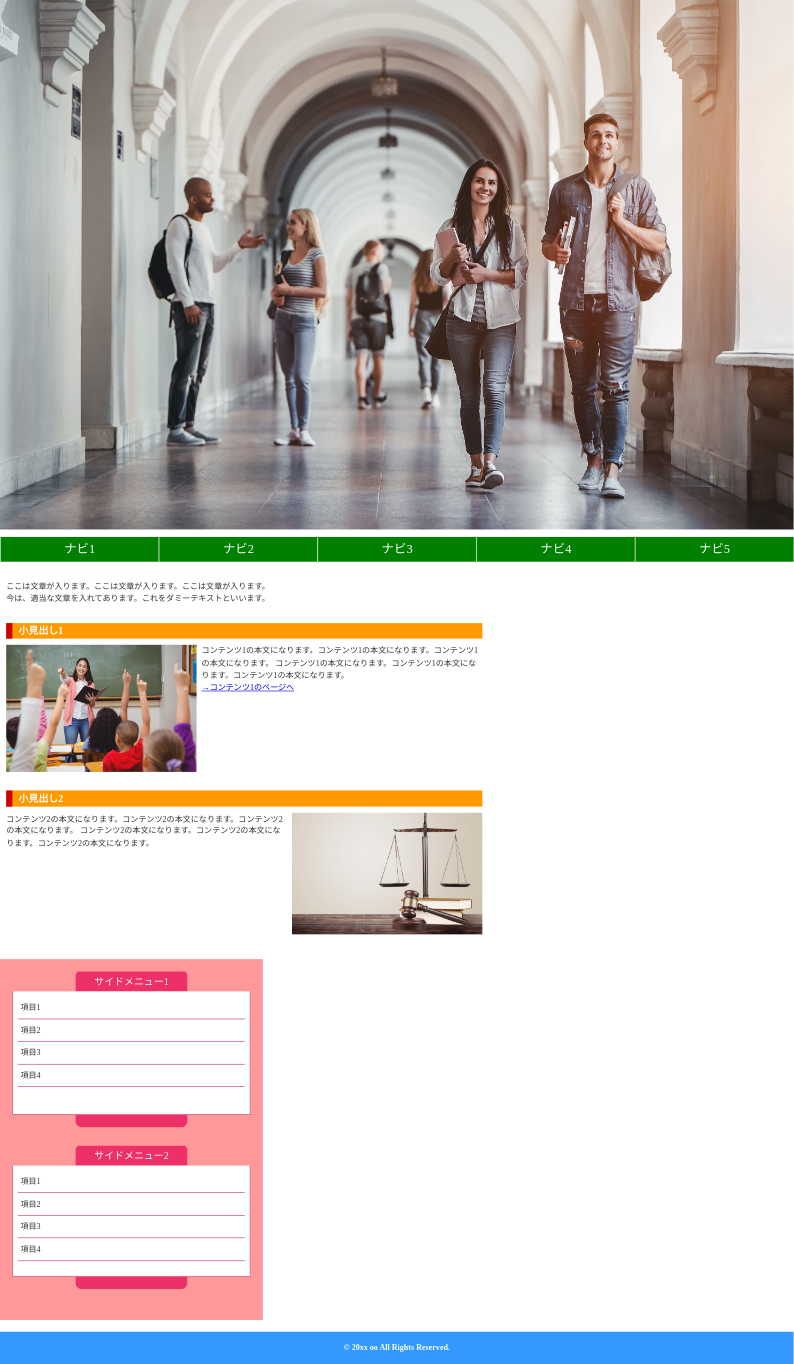
Repository: hrhrsor/samurai_HTML-CSS
Page: home.html
The author's editor kept a record of every edit. The page is drawn from the files as they stood at one moment, then again after the next edit.
The browser window is 1280 px wide. The pictures show the whole page, at 62% of full size.

Above is the page before.

### home.html
<!DOCTYPE html>
<html lang="ja">
    <head>
        <meta charset="UTF-8">
        <title>HTML/CSSの学習</title>
        <link rel="stylesheet" href="stylesheet.css">
    </head>
    <body>
         <div id="header">
             <h1><a href="index.html"><img id="corridor" src="images/corridor.jpg" alt="大学の廊下" /></a></h1>
         </div>
         <div id="wrapper">
            <div id="nav">
                <ul>
                    <li><a href="home.html">ナビ1</a></li>
                    <li><a href="#">ナビ2</a></li>
                    <li><a href="#">ナビ3</a></li>
                    <li><a href="#">ナビ4</a></li>
                    <li><a href="#">ナビ5</a></li>
                </ul>
            </div>
            <div id="container">
                 <div id="main">
                     <div class="post">
                         <p>ここは文章が入ります。ここは文章が入ります。ここは文章が入ります。<br />今は、適当な文章を入れてあります。これをダミーテキストといいます。</p>
                     </div>
                     <div class="post clearfix">
                         <h2>小見出し1</h2>
                         <img class="left" src="images/classroom.jpg" alt="授業風景" />
                         <p>
                             コンテンツ1の本文になります。コンテンツ1の本文になります。コンテンツ1の本文になります。
                             コンテンツ1の本文になります。コンテンツ1の本文になります。コンテンツ1の本文になります。
                         </p>
                         <p><a href="#">→コンテンツ1のページへ</a></p>
                     </div>
                     <div class="post clearfix">
                         <h2>小見出し2</h2>
                         <img class="right" src="images/scale.jpg" alt="天秤" />
                         <p>
                             コンテンツ2の本文になります。コンテンツ2の本文になります。コンテンツ2の本文になります。
                             コンテンツ2の本文になります。コンテンツ2の本文になります。コンテンツ2の本文になります。
                         </p>
                     </div>
                 </div>
                 <div id="side">
                     <div class="box">
                         <h2>サイドメニュー1</h2>
                         <div class="boxBody">
                             <ul>
                                <li>項目1</li>
                                <li>項目2</li>
                                <li>項目3</li>
                                <li>項目4</li>
                          　</ul>
                         </div>
                     </div>
                     <div class="box">
                     <h2>サイドメニュー2</h2>
                     <div class="boxBody">
                         <ul>
                             <li>項目1</li>
                             <li>項目2</li>
                             <li>項目3</li>
                             <li>項目4</li>
                         </ul>
                     </div>
                 </div>
            </div>
      　</div>
        <div id="footer">
            <p>&copy; 20xx oo All Rights Reserved.</p>
        </div>
    </body>
</html>

### stylesheet.css
@charset "utf-8";

body {
       margin: 0;
       padding: 0;
       font-family: "ヒラギノ角ゴ　pro W3","hiragino kaku gothic Pro","メイリオ",meiryo, osaka, "ＭＳ　Ｐゴシック","MS Pgothic", sans-seif;
       color: #333;
       font-size: 13px;
       line-height: 150%;

}

/*--------------------wrapper------------------*/
#wrapper {
        width: 100%;
        margin: auto;
        padding: 0px;
        border: 0px;
        background-color: #FFF;
        top: 10px;
        position: relative;
}

/*-------------------header----------------------*/
#header {
    width: 100%;
}
#header h1 {
       margin: 0;
       padding: 0;
}

#corridor {
      width: 100%;
      height: auto;
}

/*---------------------------footer----------------*/
#footer {
    clear: both;
    width: 100%;
    padding: 3px 0 3px 0;
    background: #39F;
    color: #FFF;
    font-weight: bold;
    text-align: center;
}

/*-----------------------------nav--------------------*/
#nav {
        width: 100%
}
#nav ul {
     display: flex;
        margin:0;
        padding: 0;
        list-style-type: none;
}
#nav ul li {
        width: 20%;
        text-align: center;
}

#nav ul li a {
        display: block;
        height: 20px;
        margin: 0;
        padding: 10px;
        color: #FFF;
        font-size: 20px;
        text-decoration: none;
        background-color: green;
    border-left: 1px solid white;
}
#nav ul li a:hover {
       filter: drop-shadow(10px 10px 10px black)
}

/*------------------container------------------*/
#container {
       width: 100%;
       margin: auto ;
       padding-top: 20px;
       clear: both;
     display: grid;
     grid-tempale-columns: 70 vw 30vw;
}
/*----------------------------main-----------------------*/
#main {
       float: left;
       width: 60%;
       padding: 10px 30px 10px 10px;
}
#main h2 {
       margin:0 0 10px 0;
       padding: 3px 10px 3px 10px;
       color: #FFF;
       font-size: 16px;
       border-left: solid 10px #C00;
       background-color: #f90;
}
#main p {
       margin: 0;
       padding: 0;
}
#main .post {
       margin: 0 0 30px 0;
}
#main .post img.right {
       margin: 0 0 0 8px;
}
#main .post img.left {
       margin: 0 8px 0 0;
}

.right {
       float: right;
       width: 40%;
       height: auto;
}
.left {
       float: left;
       width: 40%;
       height: auto;
}

/*----------------------------clearfix------------------*/
.clearfix {
       zoom: 1;
}
.clearfix:after{
       content: "";
       display: block;
       clear: both;
}

/*-----------------------------side---------------------*/
#side {
       float: right;
       width: 30%;
       padding: 20px;
       background-color: #F99;
}
#side .box {
       margin: 0 auto 30px auto;
       padding: 0 0 20px 0;
       background: url(images/side_box.png) bottom no-repeat;
}
#side .box h2 {
       margin: 0;
       padding: 8px;
       text-align: center;
       color: #fff;
       font-size: 16px;
       line-height: 16px;
       font-weight: normal;
       background: url(images/side_box_h2.png) center no-repeat;
}
#side .box .boxBody {
       padding: 8px;
       border-right: solid 1px #C36;
       border-bottom: solid 1px #C36;
       border-left: solid 1px #C36;
       background: #fff;
}
#side .box .boxBody ul {
       margin: 0 0 16px 0;
       padding: 0;
}
#side .box .boxBody ul li {
       padding: 8px 0 8px 4px;
       list-style: none;
       border-bottom: solid 1px #C36;
}

#side .box .boxBody ul li:hover {
            padding: 8px 0 8px 4px;
            list-style: none;
            border-bottom: solid 1px #C36;
            box-shadow: 0px 4px 4px rgba(0, 0, 0, 0.3);
}

After the next edit:
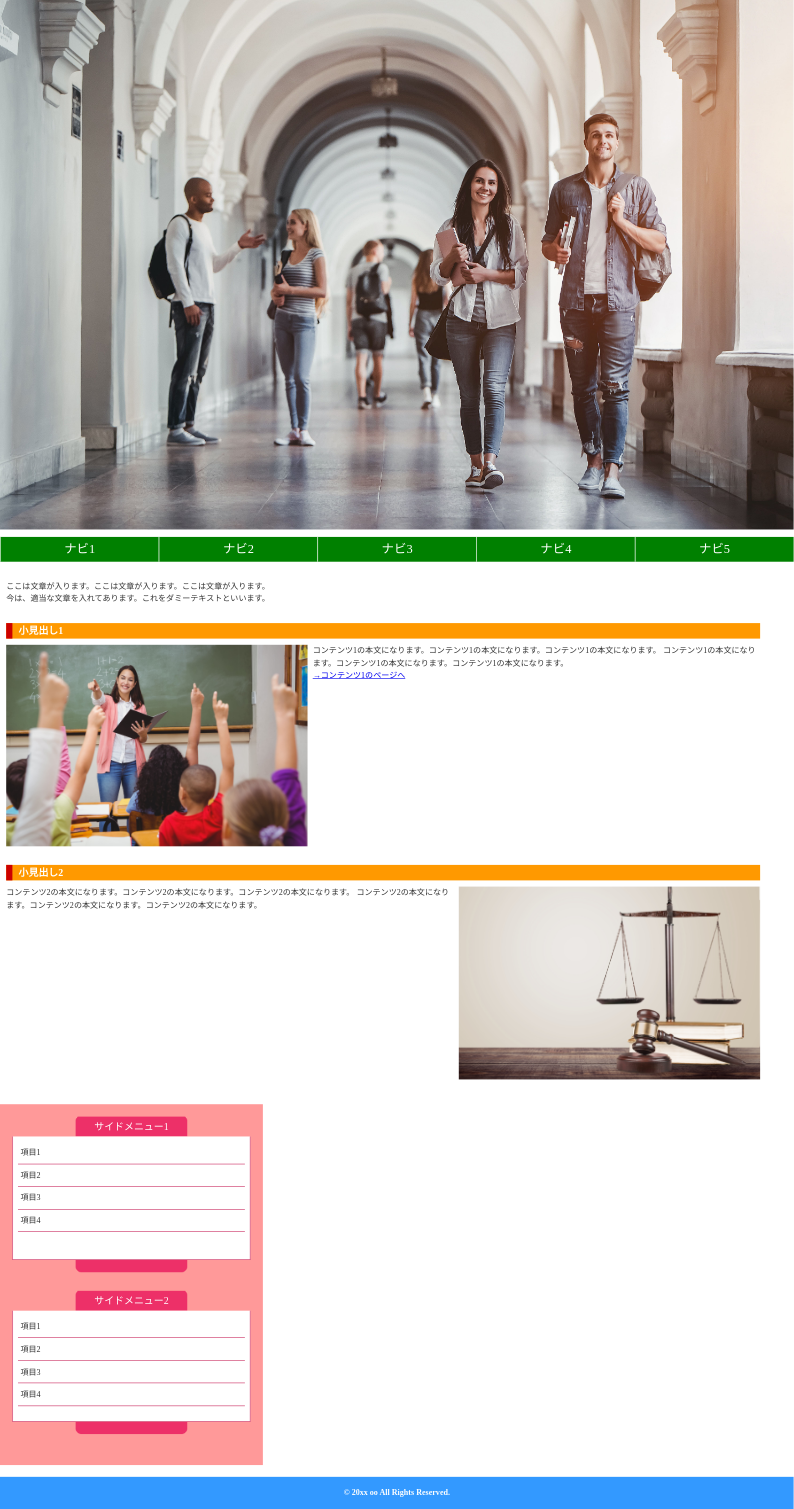
The edit:
--- a/stylesheet.css
+++ b/stylesheet.css
@@ -87,8 +87,7 @@
 }
 /*----------------------------main-----------------------*/
 #main {
-       float: left;
-       width: 60%;
+     width: 95%;
        padding: 10px 30px 10px 10px;
 }
 #main h2 {
